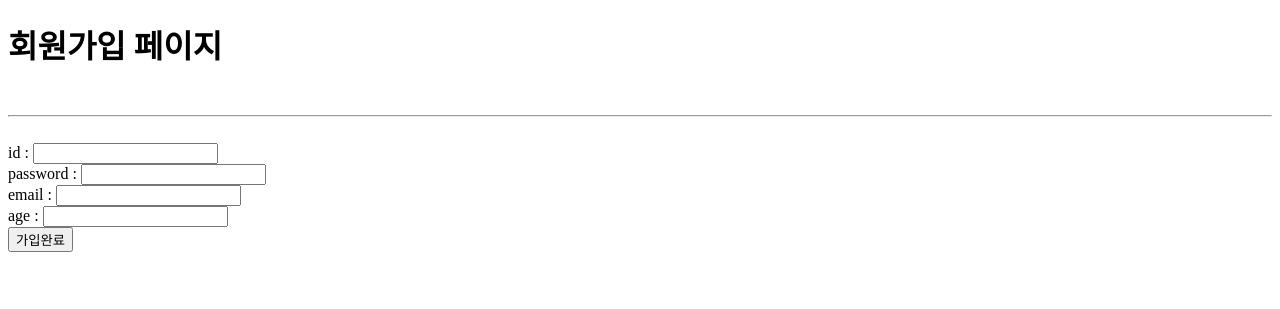
Repository: yangone8249/jsp_project
Page: http://localhost/jsp_project/member/join.jsp
An editor plug-in stored every save of this project. The page is shown before and after the next save, followed by the edit.
The browser window is 1280 px wide. The pictures show the whole page.
The page is served by Tomcat 9.

Above is the page before, as saved 2023-05-12 03:21:06.

After the next save:
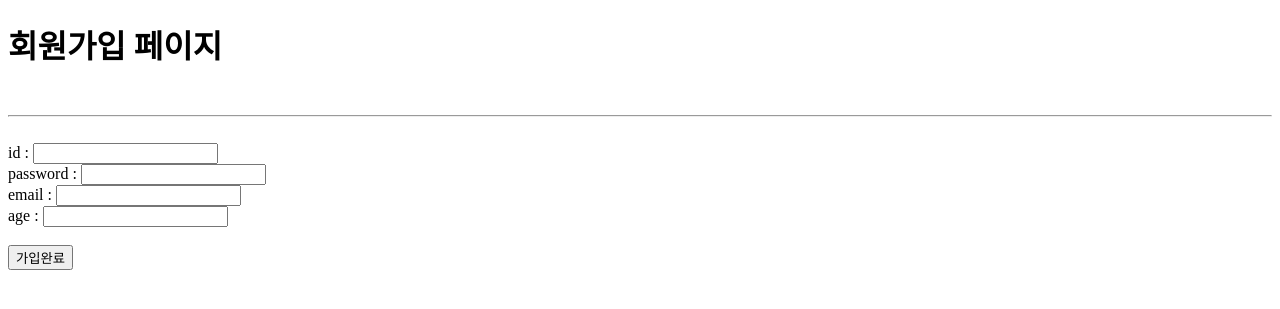
Saved 40 s later.
--- a/jsp_project2/jsp_project/src/main/webapp/member/join.jsp
+++ b/jsp_project2/jsp_project/src/main/webapp/member/join.jsp
@@ -14,7 +14,7 @@
 	id : <input type="text" name="userId"><br>
 	password : <input type="text" name="userPw"><br>
 	email : <input type="text" name="userEmail"><br>
-	age : <input type="text" name="userAge"><br>
+	age : <input type="text" name="userAge"><br><br>
 	<button type="submit">가입완료</button>
 	</form>
 </body>
